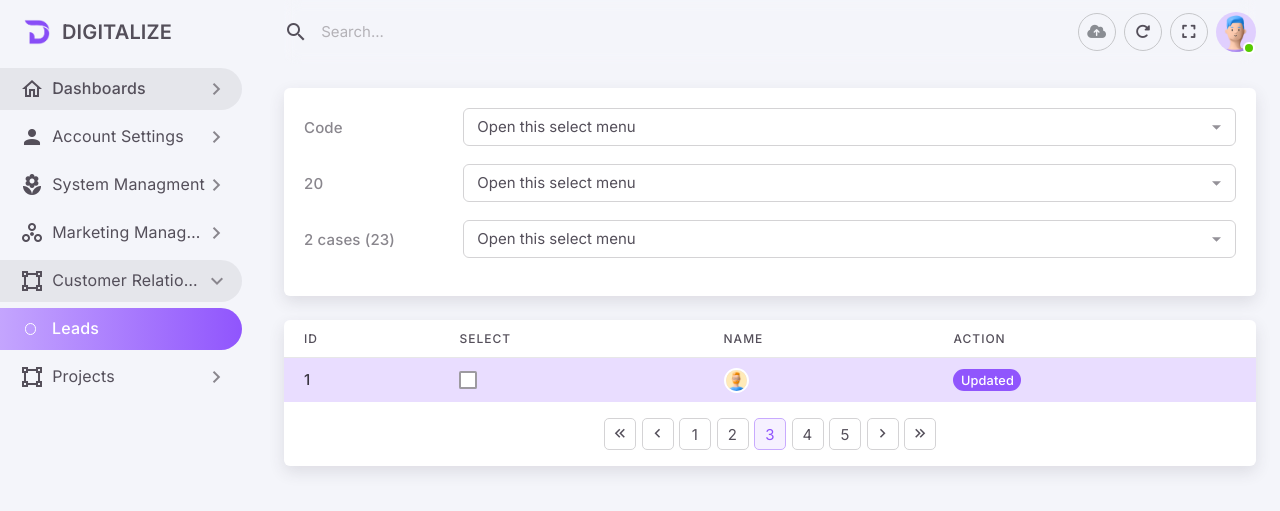
Repository: FadyFathey/sales-crm
Page: html/project-list.html
The author's editor kept a copy of each file at every save. The page is drawn from the files as they stood at one save, then again after the next save.
The browser window is 1280 px wide. The pictures show the whole page.
Some icons come from a web library that is not loaded, so they are not drawn. Some web libraries are served in a nearby version.

Above is the page before, as saved 2024-10-09 13:36:11.
Console error: ReferenceError: d3 is not defined

After the next save:
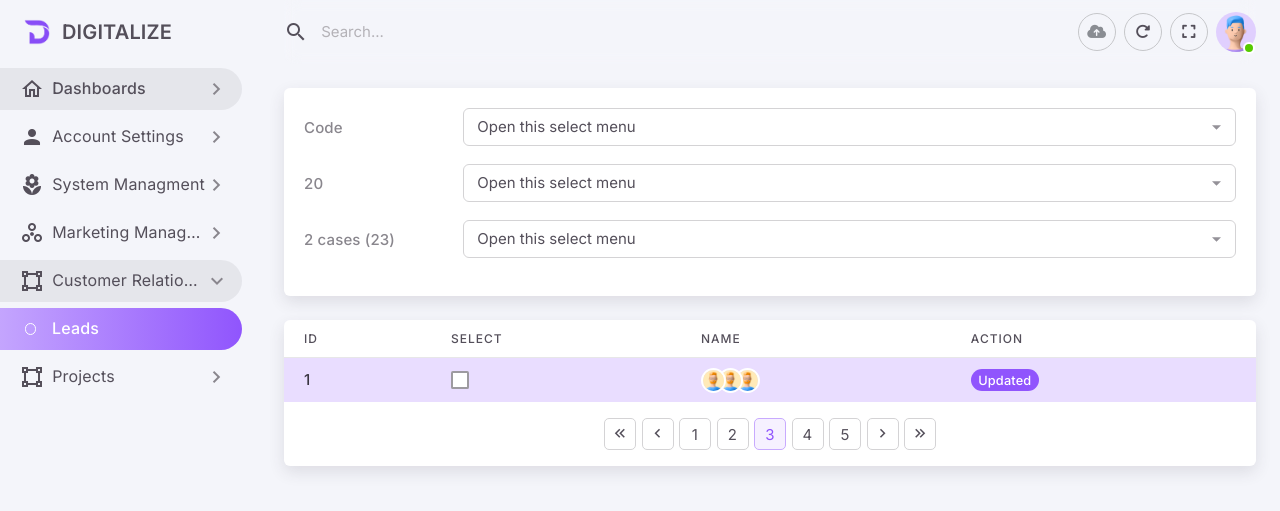
Saved 9 s later.
--- a/html/project-list.html
+++ b/html/project-list.html
@@ -403,6 +403,18 @@
                                                         <img src="../assets/img/avatars/5.png" alt="Avatar"
                                                             class="rounded-circle" />
                                                     </li>
+                                                    <li data-bs-toggle="tooltip" data-popup="tooltip-custom"
+                                                        data-bs-placement="top" class="avatar avatar-xs pull-up"
+                                                        title="Lilian Fuller">
+                                                        <img src="../assets/img/avatars/5.png" alt="Avatar"
+                                                            class="rounded-circle" />
+                                                    </li>
+                                                    <li data-bs-toggle="tooltip" data-popup="tooltip-custom"
+                                                        data-bs-placement="top" class="avatar avatar-xs pull-up"
+                                                        title="Lilian Fuller">
+                                                        <img src="../assets/img/avatars/5.png" alt="Avatar"
+                                                            class="rounded-circle" />
+                                                    </li>
                                                 </ul>
                                             </td>
                                             <td><span class="badge rounded-pill bg-primary me-1">Updated</span></td>
